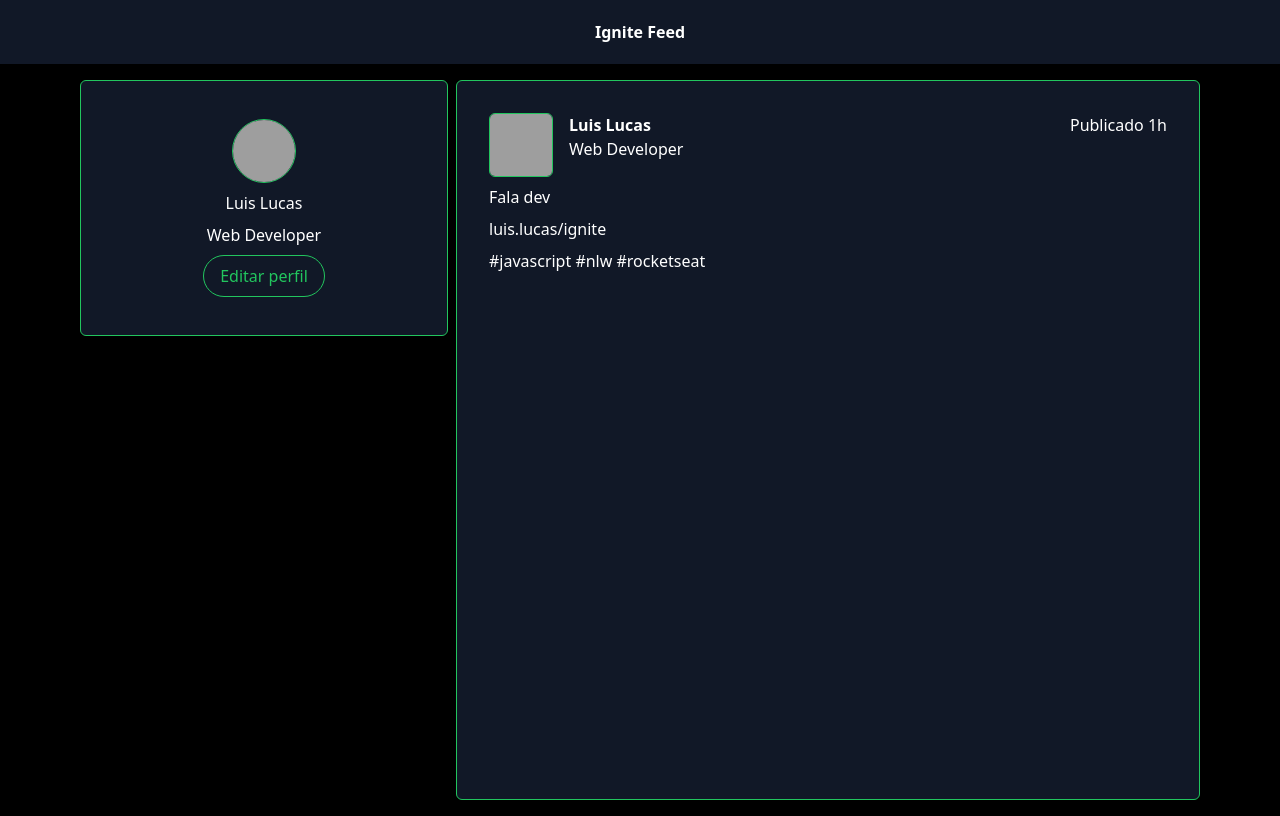
Repository: LuisSempre/ignite-feed
Page: /
These files come from the project's save history. The page is drawn as it stood at one moment and after the next save; the edit follows.
The browser window is 1280 px wide. The pictures show the whole page.
Pictures or frames that could not be fetched are drawn as grey boxes. The project was rebuilt for these pictures with package versions that can differ from the ones it lists, and the page was loaded fresh each time. Also part of the build but not shown: vite.config.js.

Above is the page before, as saved 2022-07-13 23:22:42.

### src/App.jsx
import { Header } from "./Components/Header"
import { Sidebar } from "./Components/Sidebar"
import { Post } from "./Components/Post"
function App() {
  return (
    <div>
      <Header />
      <div className="max-w-6xl mx-auto p-4 grid grid-cols-3 gap-2 items-start">
        <Sidebar />
        <div className="col-span-2">
         <Post />
        </div>
      </div>
    </div>
  );
}

export default App;

### src/index.css
@tailwind base;
@tailwind components;
@tailwind utilities;

body {
    @apply bg-black text-white;
}

### src/Components/Header.jsx
export function Header() {
  return (
    <div className="flex items-center justify-center h-16 bg-gray-900 mx-auto w-full">
      <h1 className="font-bold bg-gray-900">Ignite Feed</h1>
    </div>
  )
}

### src/Components/Sidebar.jsx
export function Sidebar() {
  return (
    <div className="rounded-md bg-gray-900 justify-center items-center flex flex-col text-center h-64 space-y-2  border border-green-500">
        <img
          className="w-16 h-16 rounded-full overflow-hidden object-cover border border-green-500"
          src="https://avatars.githubusercontent.com/u/32404639?v=4"
          alt=""
        />
        <h1>Luis Lucas</h1>
        <span>Web Developer</span>
        <a
          href=""
          className="border border-green-500 px-4 py-2 rounded-full text-green-500"
        >
          Editar perfil
        </a>
    </div>
  );
}

### src/Components/Post.jsx
export function Post() {
  return (
    <div className=" bg-gray-900 rounded-md h-screen space-y-2 p-8 border border-green-500">
      <div className="flex justify-between ">
        <div className="flex gap-4">
          <img
            className="h-16 w-16 border border-green-500 rounded-md"
            src="https://github.com/luissempre.png"
            alt=""
          />
          <div className="flex flex-col">
            <strong>Luis Lucas </strong>
            <span>Web Developer</span>
          </div>
        </div>
        <div>
          <time dataTime="2022-05-11 08:13:00">Publicado 1h</time>
        </div>
      </div>
      <div className="space-y-2">
        <p>Fala dev</p>
        <p>luis.lucas/ignite</p>
        <p>#javascript #nlw #rocketseat</p>
      </div>

      <form></form>
    </div>
  );
}

Loaded but not shown: index.html (common file); src/main.jsx (common file); tailwind.config.js (common file)

After the next save:
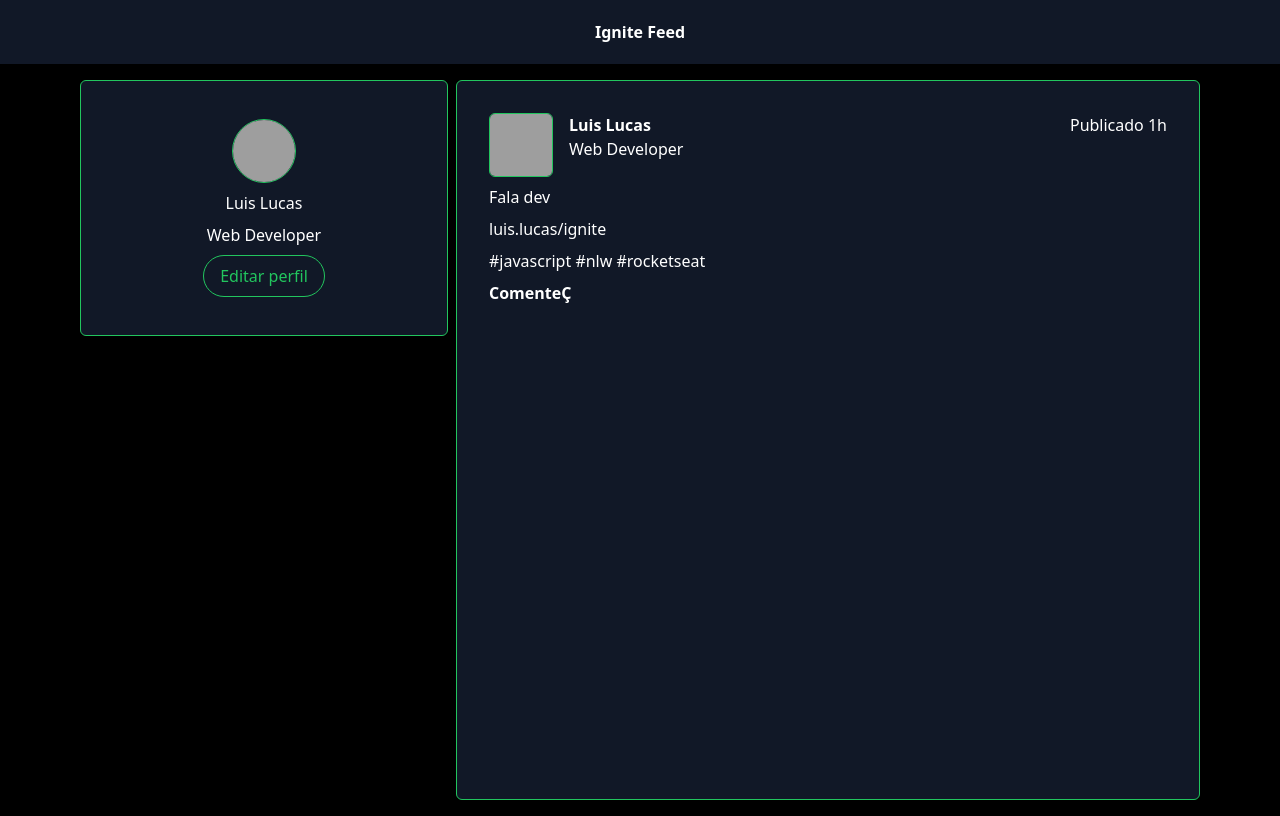
Saved 20 s later.
--- a/src/Components/Post.jsx
+++ b/src/Components/Post.jsx
@@ -23,7 +23,9 @@ export function Post() {
         <p>#javascript #nlw #rocketseat</p>
       </div>
 
-      <form></form>
+      <form>
+        <strong>ComenteÇ</strong>
+      </form>
     </div>
   );
 }
